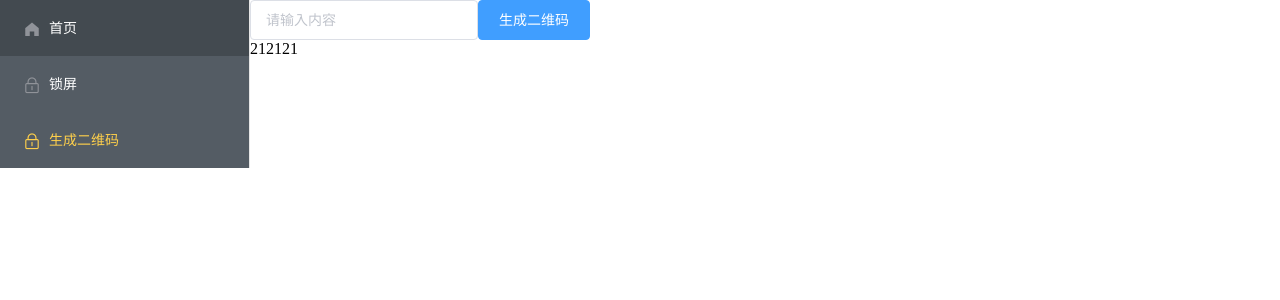
Repository: wujingwenwu/-vue-2.0
Page: /qrcode
The author's editor kept a copy of each file at every save. The page is drawn from the files as they stood at one save, then again after the next save.
The browser window is 1280 px wide. The pictures show the whole page.
The project was rebuilt for these pictures with package versions that can differ from the ones it lists, and the page was loaded fresh each time. Also part of the build but not shown: src/views/Home.vue, src/components/w-lockScreen/w-lockScreen.vue.

Above is the page before, as saved 2020-10-01 14:23:33.

### src/main.js
import Vue from "vue";
import App from "./App.vue";
import router from "./router";
import store from "./store";
import ElementUI from 'element-ui';
import 'element-ui/lib/theme-chalk/index.css';
import  "./globalComponents"
Vue.config.productionTip = false;
Vue.use(ElementUI);
new Vue({
  router,
  store,
  render: h => h(App)
}).$mount("#app");

### src/App.vue
<template>
  <div id="app">

    <router-view />
  </div>
</template>

<style lang="scss">
@import "./style/demo";
*{
  margin: 0;
  padding: 0;
}
</style>

### src/router/index.js
import Vue from "vue";
import VueRouter from "vue-router";
import Home from "../views/Home.vue";
import Layout from "../views/layout/layout"
Vue.use(VueRouter);

const routes = [
  {
    path: "/home",
    name: "",
    component: Home
  },
  {
    path: "",
    component: Layout,
    children:[
      {
        path: "/",
        name: "Home",
        component: Home
      },
      {
        path: "/lockScreen",
        name: "LockScreen",
        component: () =>
          import("../views/lockScreen/LockScreen")
      },
      {
        path: "/qrcode",
        name: "Qrcode",
        component: () =>
          import("../views/qrcode/Qrcode.vue")
      },
    ]
  },
  {
    path: "/about",
    name: "About",
    component: () =>
      import("../views/About.vue")
  },
];

const router = new VueRouter({
  mode: "history",
  base: process.env.BASE_URL,
  routes
});
router.beforeEach((to, from, next) => {
  const lockFlag = localStorage.getItem('password');
  if(lockFlag === '0'&&from.path!=="/lockScreen"){
      next(false)
  }else{
    next()
  }
})
export default router;

### src/store/index.js
import Vue from "vue";
import Vuex from "vuex";

Vue.use(Vuex);

export default new Vuex.Store({
  state: {
    // passpords:''
  },
  mutations: {
    // setUser(state, data) {
    //   state.passpords = data
    // }
  },
  actions: {},
  modules: {}
});

### src/globalComponents/index.js
import Vue from 'vue'

import WLockScreen from '../components/w-lockScreen/w-lockScreen';
import WQrcode from "../components/w-qrcode/w-qrcode.vue"


Vue.component('wLockScreen', WLockScreen)
Vue.component('WQrcode', WQrcode)

### src/style/demo.scss
.d-f{
    display: flex;
    /* 弹性盒模型 */
}
.f-s-12{
    font-size: 12px;
    /* 字体大小为12px */
}
.f-s-14{
    font-size: 14px;
    /* 字体大小为14px */
}
.f-s-16{
    font-size: 16px;
    /* 字体大小为16px */
}
.f-w{
    font-weight: 700;
    /*字体 加粗 */
}
.f-c-ho{
    color: #f00;
    /* 红色 */
}
.f-c-hu{
    color: #ccc;
    /* 灰色 */
}
.f-c-b{
    color: #ffffff;
    /* 白色 */
}
.f-c-he{
    color: #000;
    /* 黑色 */
}
.t-a-l{
    text-align: left;
    /* 文本左对齐 */
}
.t-a-c{
    text-align: center;
    /* 文本居中 */
}
.t-a-r{
    text-align: right;
    /* 文本右对齐 */
}
.t-d-u{
    text-decoration: underline;
    /* 装饰在文本底部 */
}
.t-d-o{
    text-decoration: overline;
    /* 装饰在顶部 */
}
.t-d-l-t{
    text-decoration: line-through;
    /* 装饰在文本中间 */
}
.d-i{
    display: inline;
    /* 块级元素装换成行内元素 */
}
.d-i-b{
    display: inline-block;
    /* 块级元素装换成行内块元素 */
}
.d-b{
    display: block;
    /* 行内和行内块元素装换成块级元素 */
}
.d-n{
    display: none;
    /* 隐藏元素 */
}
.p-r{
    position: relative;
    /* 相对定位 */
}
.p-a{
    position: absolute;
    /* 绝对定位 */
}
.p-f{
    position: fixed;
    /* 固定定位 */
}
.b-r-50{
    border-radius: 50%;
    /* 圆角为50% */
}
.j-c-s-a{
    justify-content: space-around;
   /* 两边的子元素距离父元素的两边有间距，然后中间距离自动等分 */
}
.j-c-s-b{
    justify-content: space-between;
    /* 两边的子元素距离父元素没有间距，然后中间距离自动等分 */

}
.j-c-c{
    justify-content: center;
     /* 所有的子元素相当于父元素水平居中 */
}
.a-i-c{
    align-items: center;
    /* （竖轴排列方式）子元素相当于父元素垂直方向居中 */
}
.f-d-c{
    flex-direction: column;
    /* 弹性盒模型的竖项排列方式 */
}
*{
  margin: 0;
  padding: 0;
  /* 清除游览器的痕迹 */
}
.conter{
    display: flex;
    justify-content: center;
    /* 弹性盒模型，所有的文本在页面的中间 */
}
.warp{
   width: 1280px;
   /* 宽度为1280px，基本上不会超过1400px */
}
.o-h{
    overflow: hidden;
    /* 超出部分隐藏 */
}
.w-o-t{
    white-space: nowrap;
    overflow: hidden;
    text-overflow: ellipsis;
    /* 超出部分隐藏（只限字体） */
}
.d-n{
    display: none;
    /* 不占位置 */
}
.v-h{
    visibility: hidden;
    /* 占位置 */
}
.f-w-w{
    flex-wrap: wrap;
    /* 换行 */
}
.w-s-n{
    white-space: nowrap;
    /* 内容不换行 */
}
.m-t-20{
    margin-top: 20px;
    /* 向下20 */
}
.m-l-20{
    margin-left: 20px;

}
.m-t-10{
    margin-top: 10px;
}
.m-l-10{
    margin-left: 10px;
}
.b-c-hong{
    background-color: red;
}
.b-c-hei{
    background-color: black;
}
.b-c-bai{
    background-color: #ffffff;
}
.b-c-hui{
    background-color: #ccc;
}
.b-1-s-hong{
    border: 1px solid red;
}
.b-1-d-hong{
    border: 1px dashed red;
}
.b-1-s-bai{
    border: 1px solid #ffffff;
}
.b-1-d-bai{
    border: 1px dashed #ffffff;
}
.b-1-s-hei{
    border: 1px solid black;
}
.b-1-d-hei{
    border: 1px dashed black;
}
.b-1-s-hui{
    border: 1px solid #ccc;
}
.b-1-d-hui{
    border: 1px dashed #ccc;
}
.b-l-n{
    border-left: none;
    /* 左边框隐藏 */
}
.b-t-n{
    border-top: none;
}
.b-r-n{
    border-right: none;
}
.b-b-n{
    border-bottom: none;
}
.m-t-15{
    margin-top: 15px;
}
.m-t-30{
    margin-top: 30px;
}
.m-t-5{
    margin-top: 5px;
}
.b-none{
    border: none;
}
.f-s-18{
    font-size: 18px;
}
.m-l--10{
    margin-left: -10px;
}
.m-l-40{
    margin-left: 40px;
}
.o-n{
    outline: none;
    /* 隐藏边框 */
}

### src/views/layout/layout.vue
<template>
 <div >
  <div class="d-f">
     <div class="commit">
      <el-menu
      :default-active="$route.path"
      class="el-menu-vertical-demo"
      background-color="#545c64"
      text-color="#fff"
      active-text-color="#ffd04b" v-for="item in arr" :key="item.path">
      <el-menu-item   :index="item.path" @click="select(item.path)">
        <i :class="item.icon"></i>
        <span slot="title">{{item.name}}</span>
      </el-menu-item>
    </el-menu>
     </div>
    <router-view></router-view>
  </div>
 </div>
</template>

<script>
 export default {
   data () {
     return {
       arr:[
         {icon:"el-icon-s-home",name:"首页",path:'/'},
      {icon:"el-icon-lock",name:"锁屏",path:'/lockScreen'},
      {icon:"el-icon-lock",name:"生成二维码",path:'/qrcode'},

       ]
     }
   },
   components: {

   },
   methods: {
   select(path){
     console.log(path);
     this.$router.push(path)
   },
   },
   mounted() {

   },
   watch: {

   },
   computed: {

   }
 }
</script>

<style scoped lang='scss'>
.commit{
    width: 250px;
}
</style>

### src/views/qrcode/Qrcode.vue
<template>
 <div>
 <div class="d-f">
  <div><el-input
  placeholder="请输入内容"
  v-model="input"
  clearable>
</el-input></div>
<div><el-button type="primary" @click="qrcode">生成二维码</el-button></div>
 </div>
 <w-qrcode :input="input" :flag.sync="flag"></w-qrcode>
 </div>
</template>

<script>
 export default {
   name:'',
   props:{

    },
   data () {
     return {
     input:'',
     flag: false
   }
   },
   components: {

   },
   methods: {
    qrcode(){
     this.flag=true
    }
   },
   mounted() {

   },
   watch: {

   },
   computed: {

   }
 }
</script>

<style scoped lang='scss'>

</style>

### src/components/w-qrcode/w-qrcode.vue
<template>
 <div>
212121
 </div>
</template>

<script>
import qrcode from "qrcode"
 export default {
   name:'',
   props:{
     input:{
       type: String,
     },
     flag:{
       type: Boolean,
     }
    },
   data () {
     return {

   }
   },
   components: {

   },
   methods: {

   },
   mounted() {
     console.log(this.flag);
     if(this.flag===true){
       qrcode.toDataURL(this.input).then((res) => {
            console.log(res);

          });
     }
   },
   watch: {

   },
   computed: {

   }
 }
</script>

<style scoped lang='scss'>

</style>

Loaded but not shown: public/index.html (common file)

After the next save:
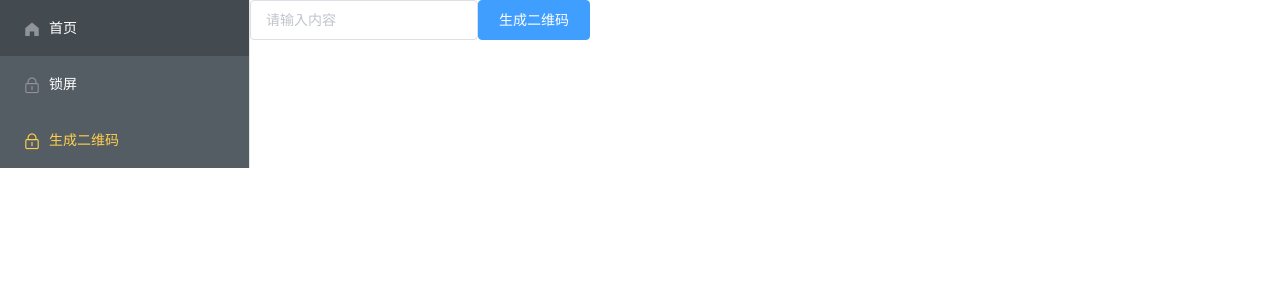
Saved 39 s later.
--- a/src/components/w-qrcode/w-qrcode.vue
+++ b/src/components/w-qrcode/w-qrcode.vue
@@ -1,6 +1,6 @@
 <template>
  <div>
-212121
+<img :src="img" alt="">
  </div>
 </template>
 
@@ -18,7 +18,7 @@ import qrcode from "qrcode"
     },
    data () {
      return {
-
+     img: ''
    }
    },
    components: {
@@ -32,7 +32,7 @@ import qrcode from "qrcode"
      if(this.flag===true){
        qrcode.toDataURL(this.input).then((res) => {
             console.log(res);
-
+            this.img=res
           });
      }
    },
